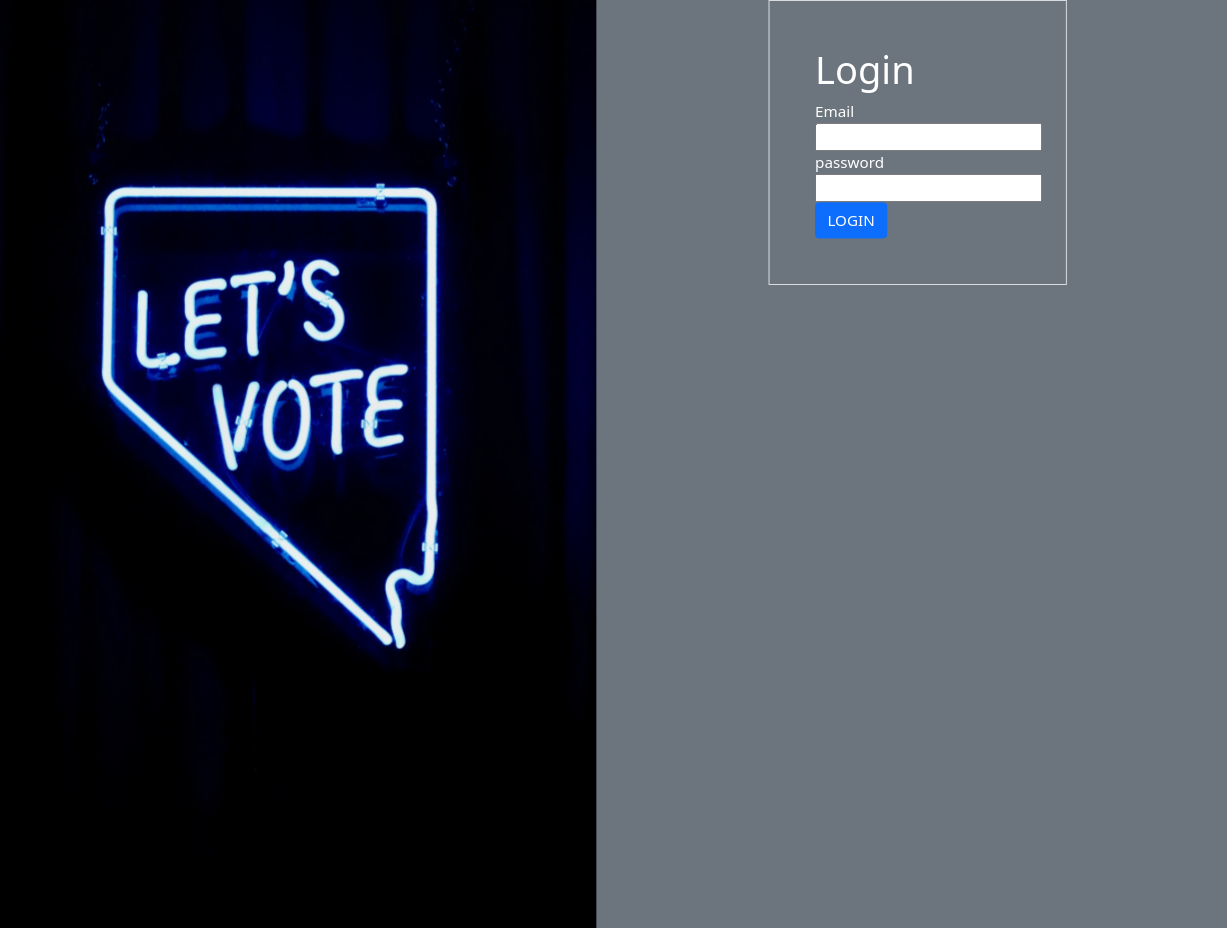
Repository: DavidManiIbrahim/Voting-app
Page: Login.html
These files come from the project's save history. The page is drawn as it stood at one moment and after the next save; the edit follows.
The browser window is 1280 px wide. The page is 1292 px wide, so the pictures cover 1292 px, including what lies to the right of the window. The pictures show the whole page, at 95% of full size.

Above is the page before, as saved 2025-01-18 06:53:02.

After the next save:
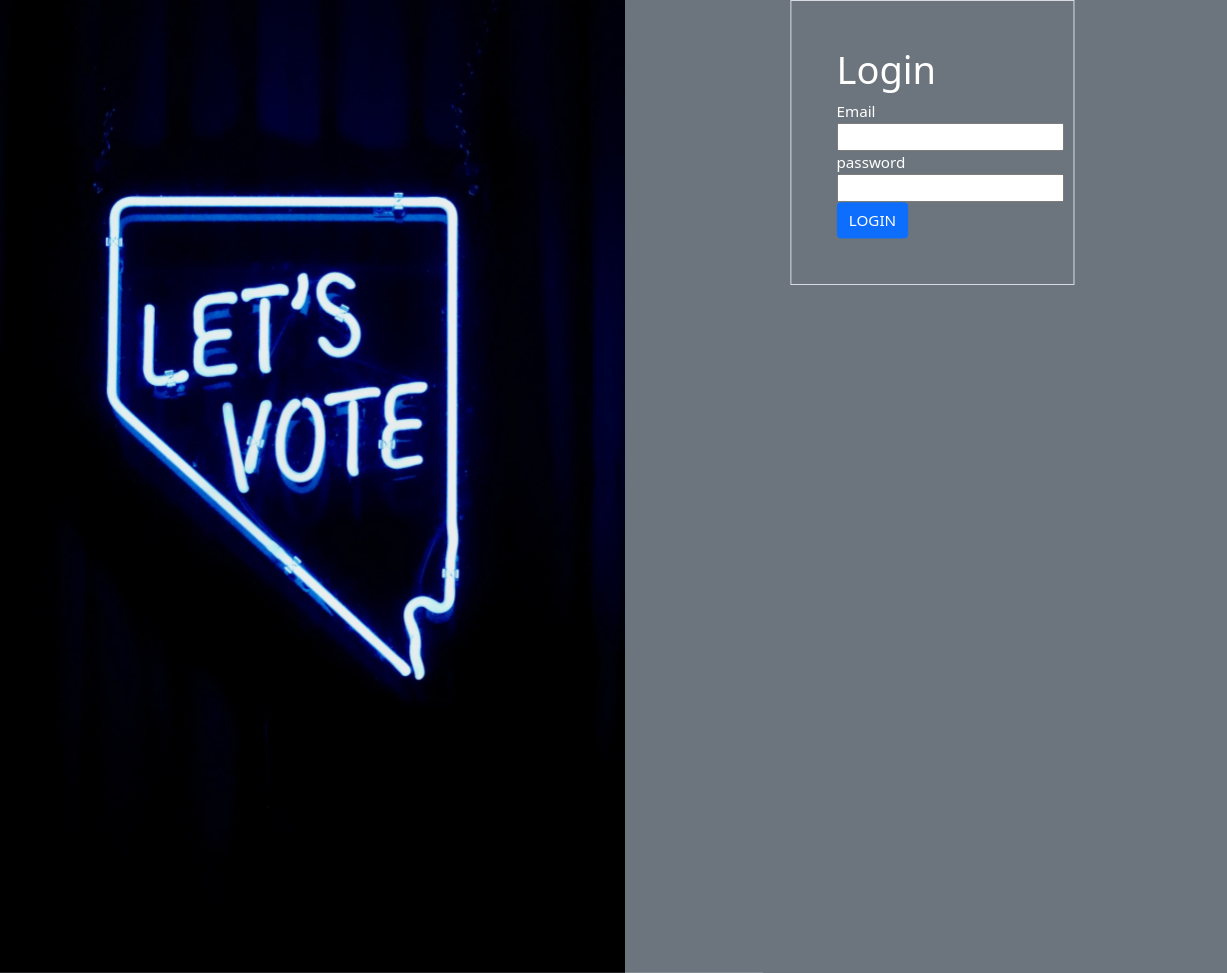
Saved 42 s later.
--- a/Login.html
+++ b/Login.html
@@ -10,7 +10,7 @@
 
 <div class="row bg-secondary">
     <div class="col-md">
-        <img src="./unsplash_LA1VawaCjjI.svg" alt="login image" class="img-fluid">
+        <img src="./unsplash_LA1VawaCjjI.svg" alt="login image" class=>
     </div>
     <div class="col-md text-white align-items-center">
         <form action="" class="w-50 border p-5 m-auto">

After the 2 saves that followed:
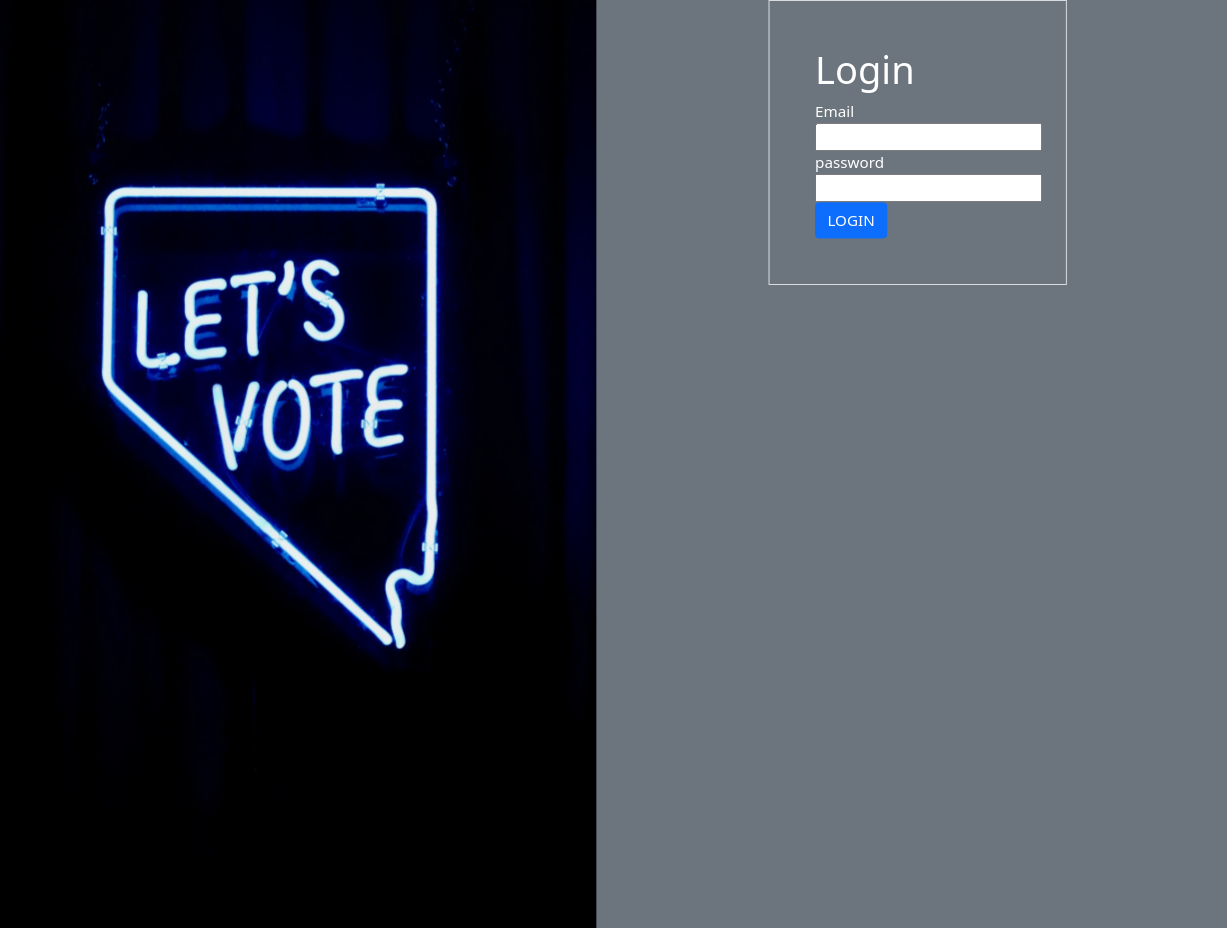
The 2 saves are shown as one change because they came seconds apart.
The last was saved 14 s later.
--- a/Login.html
+++ b/Login.html
@@ -10,7 +10,7 @@
 
 <div class="row bg-secondary">
     <div class="col-md">
-        <img src="./unsplash_LA1VawaCjjI.svg" alt="login image" class=>
+        <img src="./unsplash_LA1VawaCjjI.svg" alt="login image" class="img-fluid w-100">
     </div>
     <div class="col-md text-white align-items-center">
         <form action="" class="w-50 border p-5 m-auto">
